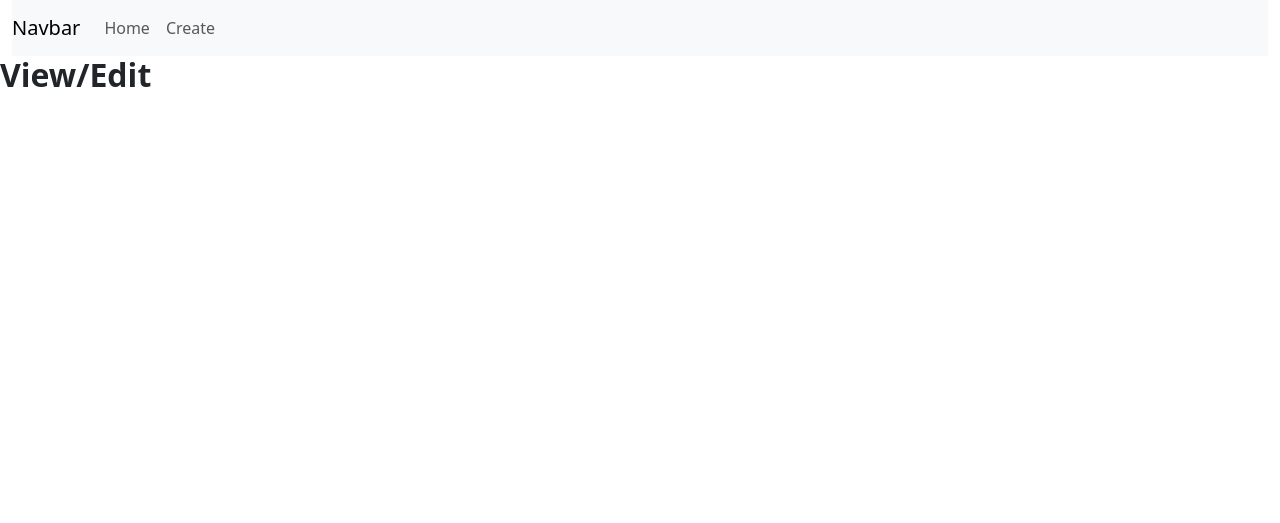
Repository: muzthy8/crud
Page: HTML/View.html
The author's editor kept a copy of each file at every save. The page is drawn from the files as they stood at one save, then again after a run of saves.
The browser window is 1280 px wide. The pictures show the whole page.

Above is the page before, as saved 2023-07-06 12:04:40.

### HTML/View.html
<!DOCTYPE html>
<html lang="en">
<head>
    <meta charset="UTF-8">
    <meta http-equiv="X-UA-Compatible" content="IE=edge">
    <meta name="viewport" content="width=device-width, initial-scale=1.0">
    <title>View/Edit User</title>
    <link href="https://cdn.jsdelivr.net/npm/bootstrap@5.3.0/dist/css/bootstrap.min.css" rel="stylesheet" integrity="sha384-9ndCyUaIbzAi2FUVXJi0CjmCapSmO7SnpJef0486qhLnuZ2cdeRhO02iuK6FUUVM" crossorigin="anonymous">

</head>
<body>
    <div class="container-fluid">
        <nav class="navbar navbar-expand-lg navbar-light bg-light">
            <a class="navbar-brand" href="#">Navbar</a>
            <button class="navbar-toggler" type="button" data-toggle="collapse" data-target="#navbarNav" aria-controls="navbarNav" aria-expanded="false" aria-label="Toggle navigation">
              <span class="navbar-toggler-icon"></span>
            </button>
            <div class="collapse navbar-collapse" id="navbarNav">
              <ul class="navbar-nav">
                <li class="nav-item active">
                  <a class="nav-link" href="./../index.html">Home </a>
                </li>
                <li class="nav-item">
                  <a class="nav-link" href="./view.html">Create</a>
                </li>
              </ul>
            </div>
          </nav>
    </div>
    <div> <h2 id="heading"> <b> View/Edit </b> </h2> </div>
    <script src="./../JS/view.js"></script>
</body>
</html>

### JS/view.js
const urlParams = new URLSearchParams(window.location.search)
console.log(urlParams)

After the next 2 saves:
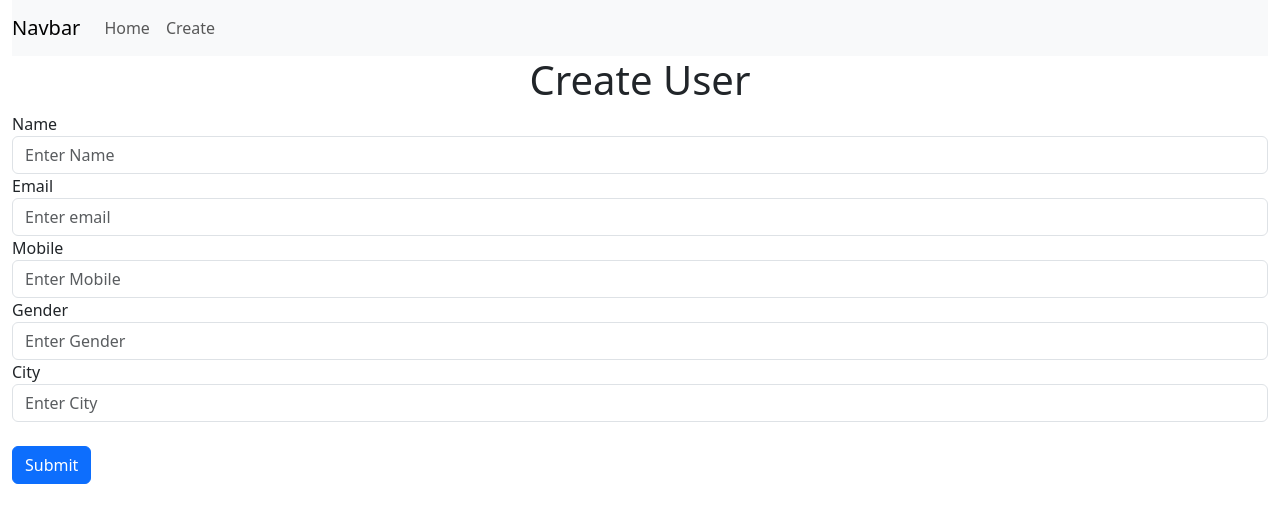
The 2 saves are shown as one change because they came seconds apart.
The last was saved 41 s later.
--- a/HTML/View.html
+++ b/HTML/View.html
@@ -18,16 +18,42 @@
             <div class="collapse navbar-collapse" id="navbarNav">
               <ul class="navbar-nav">
                 <li class="nav-item active">
-                  <a class="nav-link" href="./../index.html">Home </a>
+                  <a class="nav-link" href="./../index.html">Home</a>
                 </li>
                 <li class="nav-item">
-                  <a class="nav-link" href="./view.html">Create</a>
+                  <a class="nav-link" href="./create.html">Create</a>
                 </li>
               </ul>
             </div>
           </nav>
+          <h1 style="text-align: center;">Create User</h1>
+
+          <form name="createForm" action="" method="post" id="createForm">
+            <div class="form-group">
+                <label for="exampleInputEmail1">Name</label>
+                <input type="text" class="form-control" id="name" placeholder="Enter Name">
+            </div>
+            <div class="form-group">
+              <label for="exampleInputEmail1">Email</label>
+              <input type="email" class="form-control"  id="email" placeholder="Enter email">
+            </div>
+            <div class="form-group">
+                <label for="exampleInputEmail1">Mobile</label>
+                <input type="text" class="form-control" id="mobile" placeholder="Enter Mobile">
+            </div>
+            <div class="form-group">
+                <label for="exampleInputEmail1">Gender</label>
+                <input type="text" class="form-control" id="gender" placeholder="Enter Gender">
+            </div>
+
+            <div class="form-group">
+                <label for="exampleInputEmail1">City</label>
+                <input type="text" class="form-control" id="city" placeholder="Enter City">
+            </div>
+            <br>
+            <button type="submit" name="submit" class="btn btn-primary">Submit</button>
+          </form>
     </div>
-    <div> <h2 id="heading"> <b> View/Edit </b> </h2> </div>
-    <script src="./../JS/view.js"></script>
+    <script src="./../JS//view.js"></script>
 </body>
 </html>
